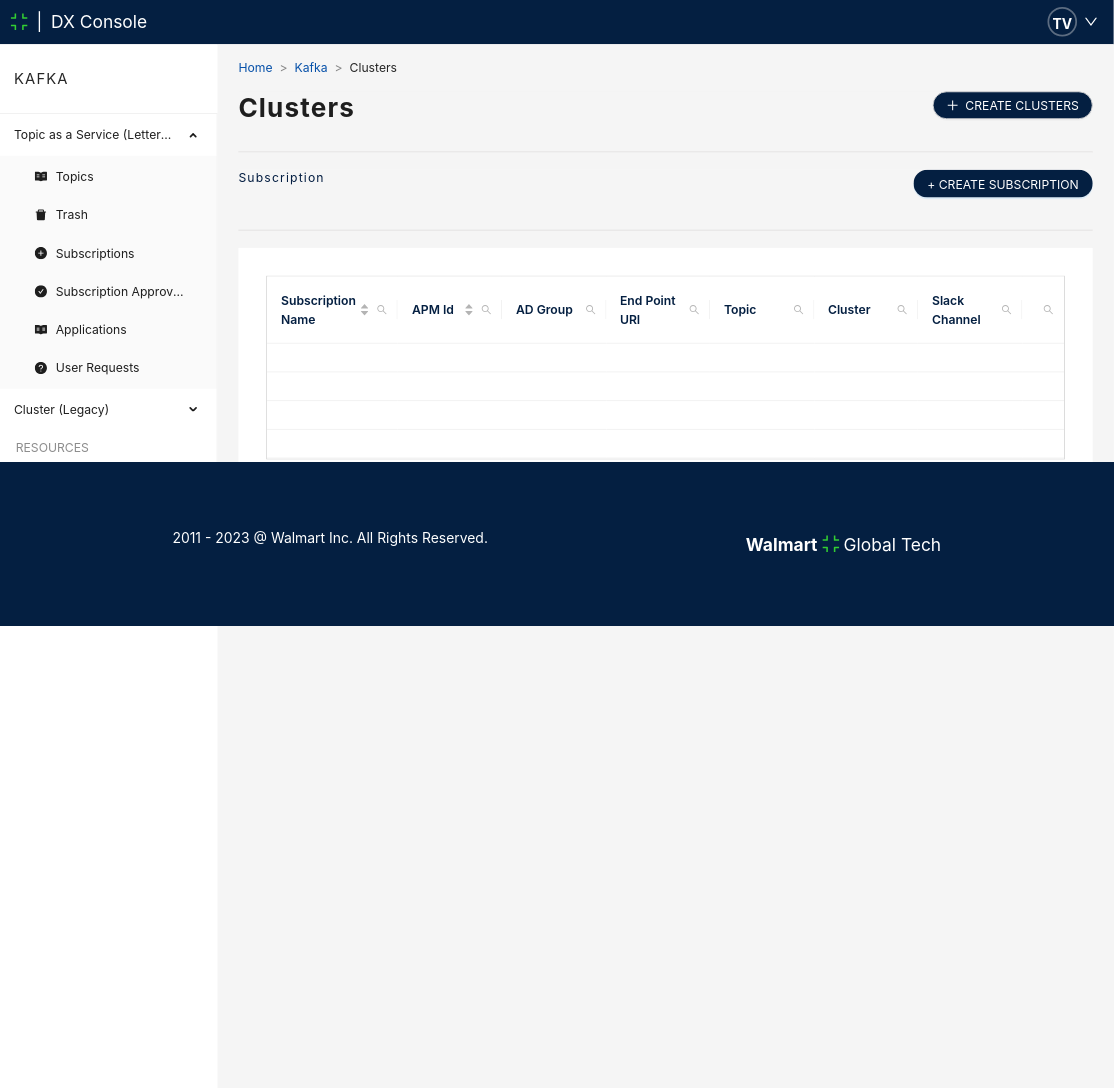
Repository: Qianying-Chai/kafka
Page: /kafka/subscription
The author's editor kept a copy of each file at every save. The page is drawn from the files as they stood at one save, then again after the next save.
The browser window is 1280 px wide. The pictures show the whole page, at 87% of full size.
The project was rebuilt for these pictures with package versions that can differ from the ones it lists, and the page was loaded fresh each time. Also part of the build but not shown: src/pages/Components/ComponentsInput.jsx, src/pages/Taas/Topics/Topics.jsx, src/pages/Taas/Trash/Style/Trash.css, src/pages/Taas/Trash/Trash.jsx, src/pages/Taas/SubscriptionApprovals/SubscriptionApprovals.jsx, src/pages/Taas/Subscriptions/SubscriptionsNonProxy/SubscriptionsNonProxy.jsx, src/pages/Taas/Subscriptions/SubscriptionsProxy/SubscriptionsProxy.jsx, src/pages/Taas/Applications/Applications.jsx and 6 more.

Above is the page before, as saved 2024-01-12 23:11:32.

After the next save:
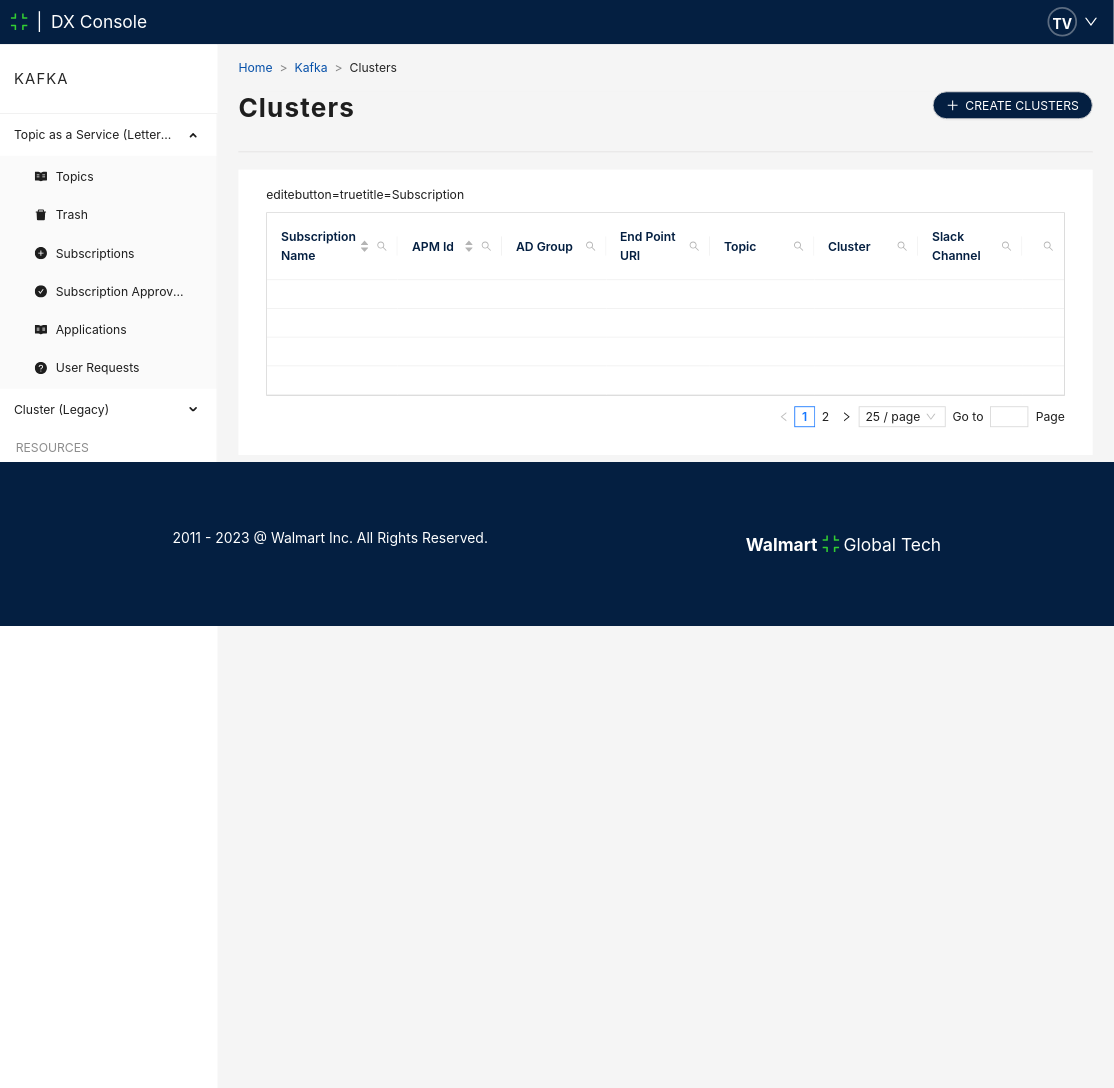
Saved 51 s later.
--- a/src/pages/Cluster/Subscription.jsx
+++ b/src/pages/Cluster/Subscription.jsx
@@ -249,13 +249,12 @@
           </Button>
         </div>
       </div>
-      <ComponentsCard
+      <ComponentsContent>
         editebutton={"true"}
         title={categoryConstants.SUBSCRIPTION}
-      >
         <ComponentsTable columns={columns} data={data} />
         <ComponentsPagination showQuickJumper defaultPageSize={25} total={50} />
-      </ComponentsCard>
+      </ComponentsContent>
     </ConfigProvider>
   );
 };
